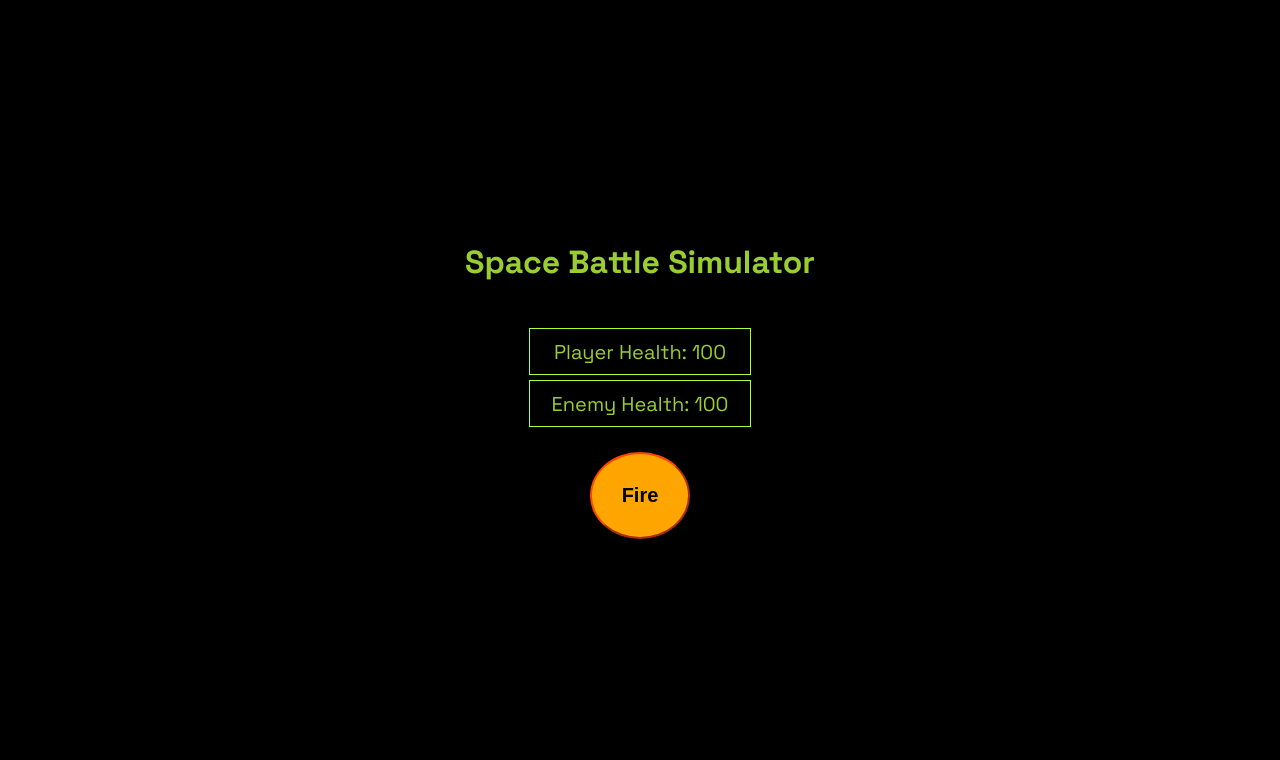
Repository: rmdayberry/Space-Battle
Page: /
An editor plug-in stored every save of this project. The page is shown before and after a run of saves, followed by the edit.
The browser window is 1280 px wide. The pictures show the whole page.
The project was rebuilt for these pictures with package versions that can differ from the ones it lists, and the page was loaded fresh each time. Also part of the build but not shown: vite.config.js, src/App.css.

Above is the page before, as saved 2024-08-24 11:00:52.

After the next 2 saves:
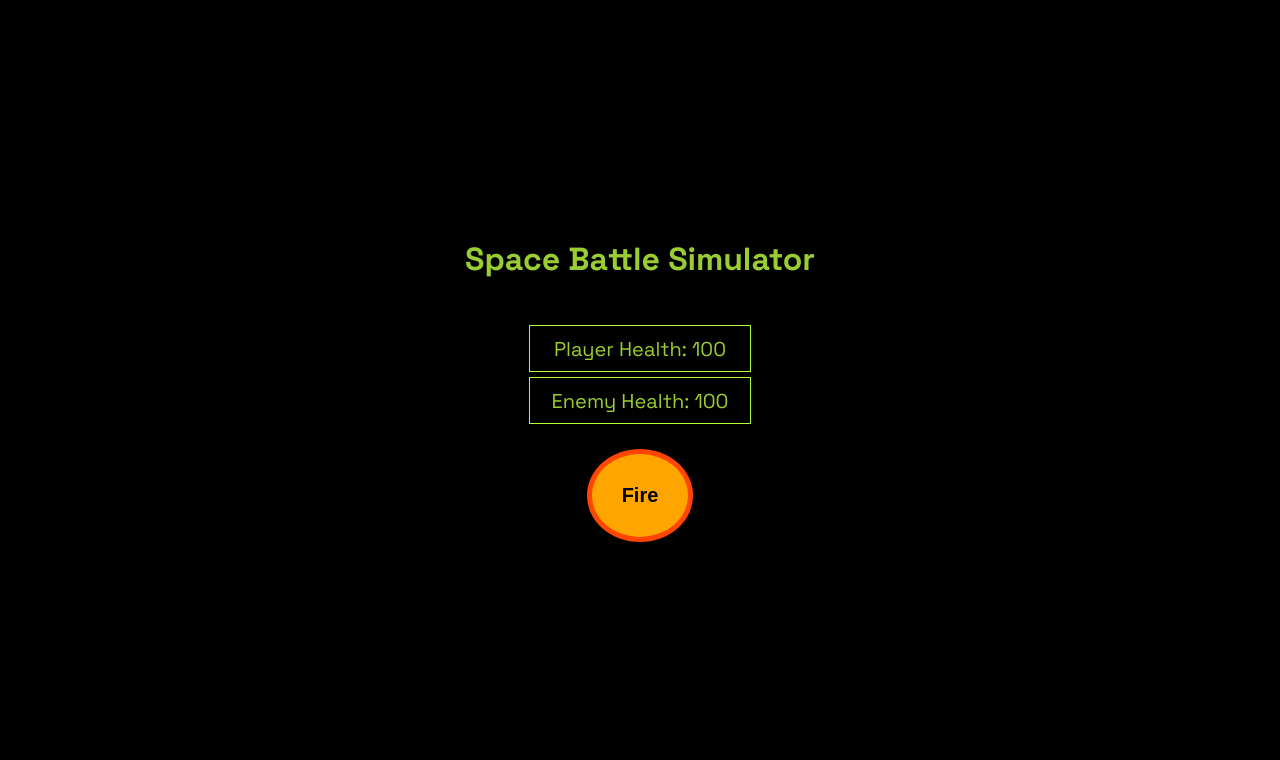
The 2 saves are shown as one change because they came seconds apart.
The last was saved 30 s later.
--- a/src/GameController.css
+++ b/src/GameController.css
@@ -1,6 +1,6 @@
 button {
   background-color: orange;
-  border-color: orangered;
+  border: 5px solid orangered;
   border-radius: 100%;
   text-align: center;
   font-size: 20px;
